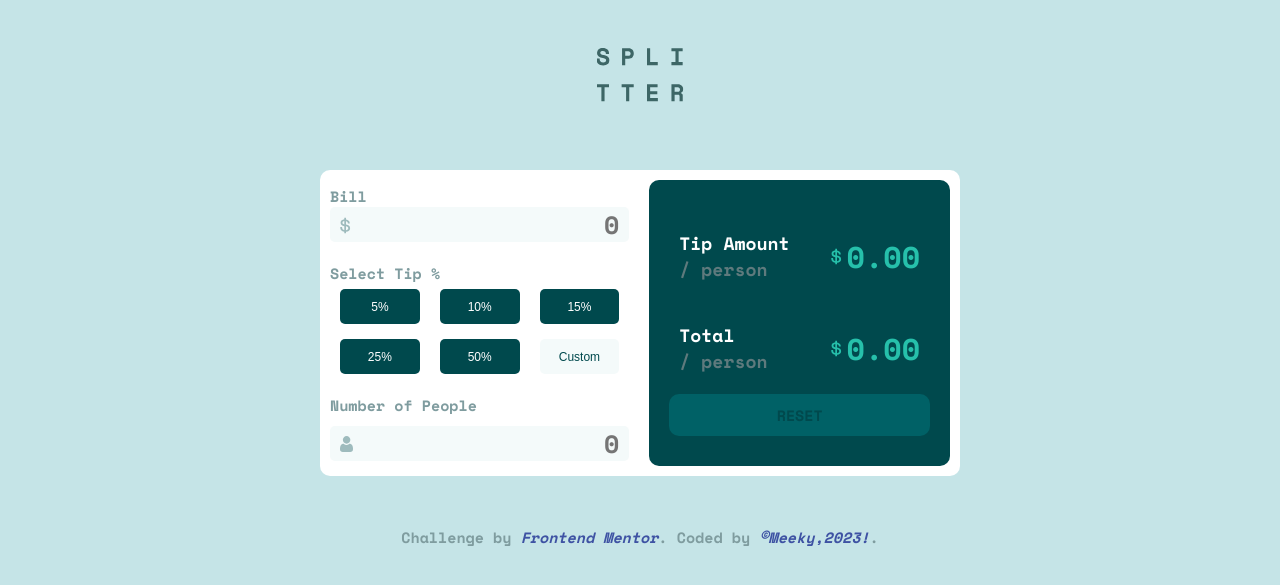
Repository: MeekyBerry/Frontend-Mentor-Challenges
Page: tip-calculator-app/index.html
The author's editor kept a copy of each file at every save. The page is drawn from the files as they stood at one save, then again after the next save.
The browser window is 1280 px wide. The pictures show the whole page.

Above is the page before, as saved 2023-04-07 20:26:45.

### tip-calculator-app/index.html
<!DOCTYPE html>
<html lang="en">

<head>
  <meta charset="UTF-8">
  <meta name="viewport" content="width=device-width, initial-scale=1.0">
  <link rel="icon" type="image/png" sizes="32x32" href="./css/images/favicon-32x32.png">
  <title> Tip calculator app</title>
  <link rel="stylesheet" href="./css/style.css">
  <script src="./script.js" defer></script>
</head>

<body>
  <div class="heading-logo">
    <img src="./css/images/logo.svg" alt="Logo" class="logo">
  </div>

  <form id="form" class="background">
    <div class="first-container">
      <div class="bill-container">
        <label for="bill">Bill</label>
        <input type="number" id="bill" placeholder="0" class="bill-input__img input-bar">
      </div>

      <div class="tip">
        <div class="tip--heading">Select Tip %</div>
        <div class="percent-container">
          <button type="button" class="percent five">5%</button>
          <button type="button" class="percent ten">10%</button>
          <button type="button" class="percent fiftheen">15%</button>
          <button type="button" class="percent twenty-five">25%</button>
          <button type="button" class="percent fifty">50%</button>
          <button type="button" class="percent custom" id="cst-btn">Custom</button>
        </div>
      </div <div>
      <div class="people-validate">
        <label for="number">Number of People</label>
        <span id="validate" class="people-zero">Can't be zero</span>
      </div>
      <div class="icon-box">
        <input type="number" id="people" class="people-input__img input-bar" placeholder="0">
      </div>
    </div>
    </div>

    <div class="second-container">
      <div class="amount">
        <p>Tip Amount <span class="person">/ person</span></p>
        <div class="digit">
          <svg xmlns="http://www.w3.org/2000/svg" width="11" height="17">
            <path fill="var(--Strong-cyan)"
              d="M6.016 16.328v-1.464c1.232-.08 2.22-.444 2.964-1.092.744-.648 1.116-1.508 1.116-2.58v-.144c0-.992-.348-1.772-1.044-2.34-.696-.568-1.708-.932-3.036-1.092V4.184c.56.144 1.012.4 1.356.768.344.368.516.816.516 1.344v.288h1.824v-.432c0-.448-.088-.876-.264-1.284a3.783 3.783 0 00-.744-1.116A4.251 4.251 0 007.54 2.9a5.324 5.324 0 00-1.524-.492V.872H4.288V2.36a5.532 5.532 0 00-1.416.324c-.448.168-.84.392-1.176.672-.336.28-.604.616-.804 1.008-.2.392-.3.844-.3 1.356v.144c0 .96.316 1.708.948 2.244.632.536 1.548.884 2.748 1.044v3.912c-.704-.16-1.248-.472-1.632-.936-.384-.464-.576-1.08-.576-1.848v-.288H.256v.576c0 .464.08.924.24 1.38.16.456.404.88.732 1.272.328.392.744.728 1.248 1.008s1.108.476 1.812.588v1.512h1.728zM4.288 7.424c-.688-.128-1.164-.332-1.428-.612-.264-.28-.396-.644-.396-1.092 0-.464.176-.832.528-1.104.352-.272.784-.448 1.296-.528v3.336zm1.728 5.712V9.344c.768.128 1.328.328 1.68.6.352.272.528.688.528 1.248 0 .544-.196.984-.588 1.32-.392.336-.932.544-1.62.624z" />
          </svg>
          <span id="tip-amount" class="amount-span">0.00</span>
        </div>
      </div>

      <div class="amount">
        <p>Total <span class="person">/ person</span></p>
        <div class="digit">
          <svg xmlns="http://www.w3.org/2000/svg" width="11" height="17">
            <path fill="var(--Strong-cyan)"
              d="M6.016 16.328v-1.464c1.232-.08 2.22-.444 2.964-1.092.744-.648 1.116-1.508 1.116-2.58v-.144c0-.992-.348-1.772-1.044-2.34-.696-.568-1.708-.932-3.036-1.092V4.184c.56.144 1.012.4 1.356.768.344.368.516.816.516 1.344v.288h1.824v-.432c0-.448-.088-.876-.264-1.284a3.783 3.783 0 00-.744-1.116A4.251 4.251 0 007.54 2.9a5.324 5.324 0 00-1.524-.492V.872H4.288V2.36a5.532 5.532 0 00-1.416.324c-.448.168-.84.392-1.176.672-.336.28-.604.616-.804 1.008-.2.392-.3.844-.3 1.356v.144c0 .96.316 1.708.948 2.244.632.536 1.548.884 2.748 1.044v3.912c-.704-.16-1.248-.472-1.632-.936-.384-.464-.576-1.08-.576-1.848v-.288H.256v.576c0 .464.08.924.24 1.38.16.456.404.88.732 1.272.328.392.744.728 1.248 1.008s1.108.476 1.812.588v1.512h1.728zM4.288 7.424c-.688-.128-1.164-.332-1.428-.612-.264-.28-.396-.644-.396-1.092 0-.464.176-.832.528-1.104.352-.272.784-.448 1.296-.528v3.336zm1.728 5.712V9.344c.768.128 1.328.328 1.68.6.352.272.528.688.528 1.248 0 .544-.196.984-.588 1.32-.392.336-.932.544-1.62.624z" />
          </svg>
          <span id="total-amount" class="amount-span">0.00</span>
        </div>
      </div>
      <div class="btn-wrapper">
        <button type="reset" id="reset" class="btn">Reset</button>
      </div>
    </div>
  </form>

  <div class="attribution">
    Challenge by <a href="https://www.frontendmentor.io?ref=challenge" target="_blank">Frontend Mentor</a>.
    Coded by <a href="https://www.linkedin.com/in/mikkylanky/" target="_blank">&copy;Meeky,2023!</a>.
  </div>
</body>

</html>

### tip-calculator-app/css/style.css
@import url("https://fonts.googleapis.com/css2?family=Space+Mono:wght@400;700&display=swap");

:root {
  /* ### Primary */
  --Strong-cyan: hsl(172, 67%, 45%);
  /* ### Neutral */
  --Very-dark-cyan: hsl(183, 100%, 15%);
  --Dark-grayish-cyan: hsl(186, 14%, 43%);
  --Grayish-cyan: hsl(184, 14%, 56%);
  --Light-grayish-cyan: hsl(185, 41%, 84%);
  --Very-light-grayish-cyan: hsl(189, 41%, 97%);
  --White: hsl(0, 0%, 100%);
  --dark-blue: hsl(228, 45%, 44%);
}

html {
  font-size: 50%;
}

*,
::before,
::after {
  margin: 0;
  padding: 0;
  box-sizing: border-box;
}

body {
  font-size: 1.8rem;
  font-family: "Space Mono", sans-serif;
  font-weight: 700;
  background-color: var(--Light-grayish-cyan);
  color: var(--Grayish-cyan);
  height: 100%;
  width: 100%;
}

.heading-logo {
  height: 15rem;
  width: 100%;
  position: relative;
}

.logo {
  position: absolute;
  top: 50%;
  left: 50%;
  transform: translate(-50%, -50%);
}

.background {
  display: flex;
  flex-direction: column;
  justify-content: space-around;
  gap: 1rem;
  background-color: var(--White);
  height: 100%;
  width: 60%;
  border-radius: 1rem;
  padding: 1rem;
  margin: 2rem auto;
  -webkit-border-radius: 1rem;
  -moz-border-radius: 1rem;
  -ms-border-radius: 1rem;
  -o-border-radius: 1rem;
}

.people-validate {
  display: flex;
  justify-content: space-between;
  align-items: center;
}

.people-zero {
  color: red;
  font-size: 1.5rem;
  font-weight: 400;
  display: none;
}

label {
  display: block;
  font-size: 1.5rem;
}

.input-bar {
  display: flex;
  justify-content: space-between;
  align-items: center;
  width: 100%;
  height: 3.5rem;
  border: none;
  border-radius: .5rem;
  font-size: 2.5rem;
  font-family: "Space Mono", sans-serif;
  font-weight: 700;
  text-align: end;
  padding: 0 1rem 0 3rem;
}

.input-bar:focus {
  outline-color: var(--Strong-cyan);
}

.bill-input__img {
  background: url(../css/images/icon-dollar.svg) no-repeat var(--Very-light-grayish-cyan) 1rem 1rem;
  padding: 0 1rem 0 3rem;
}

.people-input__img {
  background: url(../css/images/icon-person.svg) no-repeat var(--Very-light-grayish-cyan) 1rem 1rem;
  padding: 0 1rem 0 3rem;
}

/* Remove Arrows/Spinners ON INPUT */
input::-webkit-outer-spin-button,
input::-webkit-inner-spin-button {
  -webkit-appearance: none;
}

/* Firefox */
input[type="number"] {
  -moz-appearance: textfield;
}

.tip {
  padding: 1rem 0;
}

.tip--heading {
  font-size: 1.5rem;
  margin-bottom: .5rem;
}

.percent-container {
  display: grid;
  grid-template-columns: repeat(2, 1fr);
  grid-template-rows: repeat(3, 1fr);
  grid-template-areas:
    "five ten"
    "fiftheen twentyFive"
    "fifty custom";
    place-items: center;
  gap: 1.5rem 0;
}

.percent {
  background-color: var(--Very-dark-cyan);
  color: var(--White);
  text-align: center;
  border: none;
  font-size: 1.2rem;
  width: 80%;
  height: 3.5rem;
  border-radius: .5rem;
  -webkit-border-radius: .5rem;
  -moz-border-radius: .5rem;
  -ms-border-radius: .5rem;
  -o-border-radius: .5rem;
}

.percent:active {
  background-color: var(--Light-grayish-cyan);
  color: var(--Very-dark-cyan);
  font-weight: 700;
}

.five {
  grid-area: five;
}

.ten {
  grid-area: ten;
}

.fiftheen {
  grid-area: fiftheen;
}

.twenty-five {
  grid-area: twentyFive;
}

.fifty {
  grid-area: fifty;
}

.custom {
  grid-area: custom;
  background-color: var(--Very-light-grayish-cyan);
  color: var(--Very-dark-cyan);
}

.custom-input {
  background-color: var(--Very-light-grayish-cyan);
  color: var(--Very-dark-cyan);
  border: none;
  border-radius: 1rem;
  padding: 0 1rem;
  font-size: 1.5rem;
  font-weight: 700;
  text-align: end;
  width: 100%;
  height: 100%;
}

.custom-input:focus {
  outline-color: var(--Strong-cyan);
}

.second-container {
  background-color: var(--Very-dark-cyan);
  border-radius: 1rem;
  padding: 3rem 2rem;
}

.amount {
  display: flex;
  justify-content: space-between;
  padding: 2rem 1rem;
}

p {
  color: var(--White);
}

.person {
  display: block;
  font-size: 1.8rem;
  color: var(--Dark-grayish-cyan);
}

.digit {
  display: flex;
  align-items: center;
  justify-content: center;
  gap: .5rem;
}

.amount-span {
  font-size: 3rem;
  color: var(--Strong-cyan);
}

.btn {
  width: 100%;
  padding: 1rem;
  background-color: hsl(183, 100%, 20%);
  color: var(--Very-dark-cyan);
  border: none;
  border-radius: 1rem;
  text-transform: uppercase;
  font-size: 1.5rem;
  font-weight: 700;
  font-family: "Space Mono", sans-serif;
  -webkit-border-radius: 1rem;
  -moz-border-radius: 1rem;
  -ms-border-radius: 1rem;
  -o-border-radius: 1rem;
}

.attribution {
  font-size: 1.5rem;
  text-align: center;
  margin-top: 5rem;
}

.attribution a {
  color: var(--dark-blue);
  text-decoration: none;
  font-style: italic;
}

@media only screen and (min-width: 600px) {
  html {
    font-size: 56.25%
  }

  .background {
    width: 40%;
  }
}

@media only screen and (min-width: 900px) {
  html {
    font-size: 62.5%;
  }

  .background {
    width: 50%;
    height: 50%;
    margin: 2rem auto;
    flex-direction: row;
    gap: 2rem;
    padding: 1rem;
  }

  .first-container {
    display: flex;
    flex-direction: column;
    justify-content: space-around;
    flex-basis: 50%;
  }

  .percent-container {
    grid-template-columns: repeat(3, 1fr);
    grid-template-rows: repeat(2, 1fr);
    grid-template-areas:
      "five ten fiftheen"
      "twentyFive fifty custom";
  }

  .second-container {
    display: flex;
    flex-direction: column;
    flex-basis: 50%;
  }

  .btn-wrapper {
    margin-top: auto;
  }
}

### tip-calculator-app/script.js
// 1. Get the bill amount from the input field
const billInput = document.getElementById("bill");
// 2. Get the tip percentage from the Button array
const tipButtons = document.querySelectorAll(".percent");
// 2.1. The percentage array contains a Custom button which toggles to input field when clicked
const customButton = document.querySelector(".custom");
// 2.2. Get the custom percentage from the input field
const customInput = document.createElement("input");
// Add style class to created customInput element
// customInput.classList.add('custom-input');
// 3. Get the number of people from the input field
const peopleInput = document.getElementById("people");
// 4. Calculate the tip amount per person;
const tipAmountSpan = document.getElementById("tip-amount");
// 5. Calculate the total cost per person
const totalAmountSpan = document.getElementById("total-amount");
// 6. Display the tip amount per person
const resetButton = document.getElementById("reset");
const validatePeople = document.getElementById("validate");

let bill = 0;
let tipPercentage = 0;
let customPercentage = 0;
let people = 0;

let inputPeople = false;
let error = true;

// calculate tip and total amount
const calculateTip = () => {
  if (people > 0) {
    inputPeople = true;
    let tip = (bill * (tipPercentage + customPercentage)) / 100;
    let total = bill + tip;
    let tipPerPerson = tip / people;
    let totalPerPerson = total / people;
    tipAmountSpan.textContent = `${tipPerPerson.toFixed(2)}`;
    totalAmountSpan.textContent = `${totalPerPerson.toFixed(2)}`;
  }
};

// add event listener for bill input
billInput.addEventListener("input", () => {
  bill = Number(billInput.value);
  calculateTip();
  disableReset();
});

// add event listener for people input
peopleInput.addEventListener("input", () => {
  if (peopleInput.value === "0") {
    validatePeople.style.display = "block";
    peopleInput.style.outlineColor = "red";
  } else {
    validatePeople.style.display = "none";
    peopleInput.style.outlineColor = "hsl(172, 67%, 45%)";
    people = Number(peopleInput.value);
    calculateTip();
    disableReset();
  }
});

// add event listeners for tip buttons
tipButtons.forEach((button) => {
  button.addEventListener("click", () => {
    if (button.classList.contains("custom")) {
      customInput.type = "number";
      customInput.value = "";
      customInput.classList.add("custom-input");
      if (button.parentNode) {
        button.parentNode.replaceChild(customInput, button);
        customInput.focus();
      }
    } else {
      tipPercentage = Number(button.textContent.replace("%", ""));
      calculateTip();
    }
  });
});

// add event listener for custom input
customInput.addEventListener("input", () => {
  customPercentage = Number(customInput.value);
  calculateTip();
});

// add event listener for reset button
resetButton.addEventListener("click", () => {
  billInput.value = "";
  peopleInput.value = "";
  tipAmountSpan.textContent = "0.00";
  totalAmountSpan.textContent = "0.00";
  bill = 0;
  tipPercentage = 0;
  customPercentage = 0;
  people = 0;
  if (customInput.parentNode) {
    customInput.parentNode.replaceChild(customButton, customInput);
  }
  resetButton.disabled = true;
  disableReset();
  validatePeople.style.display = "none";
});

// disable reset button
const disableReset = () => {
  if (billInput.value.trim() === "" && peopleInput.value.trim() === "") {
    resetButton.disabled = true;
    resetButton.style.backgroundColor = "hsl(183, 100%, 25%)";
  } else {
    resetButton.disabled = false;
    resetButton.style.backgroundColor = "hsl(172, 67%, 45%)";
  }
};

// add event listeners for reset button for the active state
resetButton.addEventListener("mousedown", () => {
  resetButton.style.backgroundColor = "hsl(185, 41%, 84%)";
});

resetButton.addEventListener("mouseup", () => {
  resetButton.style.backgroundColor = "hsl(183, 100%, 25%)";
});

After the next save:
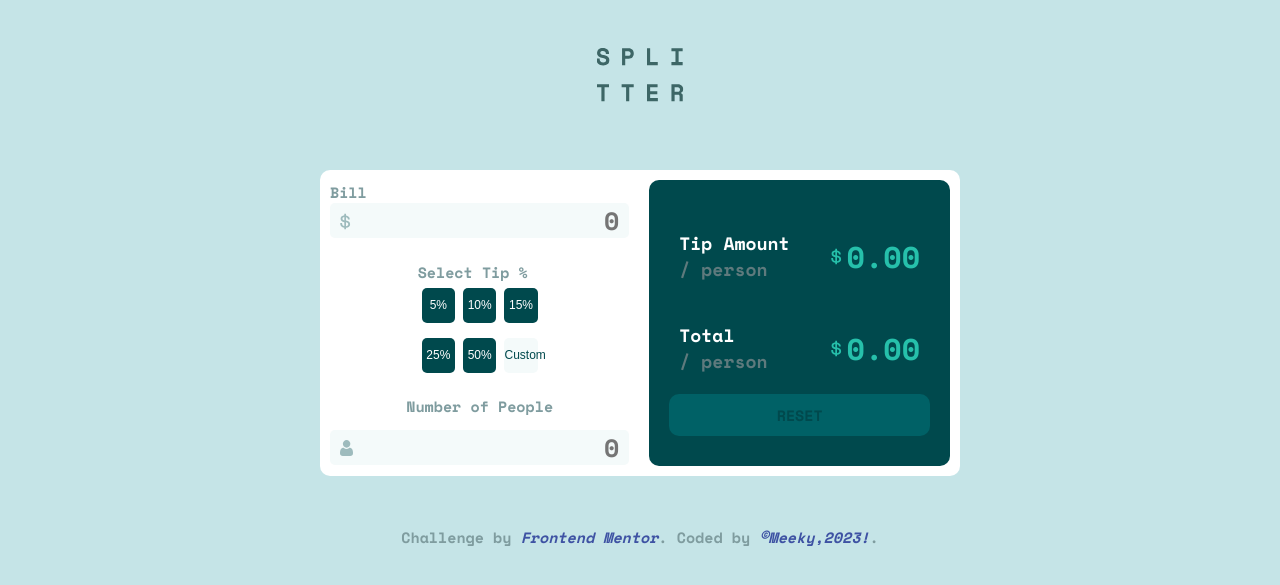
Saved 54 s later.
--- a/tip-calculator-app/css/style.css
+++ b/tip-calculator-app/css/style.css
@@ -65,6 +65,13 @@
   -o-border-radius: 1rem;
 }
 
+.first-container {
+  display: flex;
+  justify-content: space-between;
+  align-items: center;
+  gap: 1rem;
+}
+
 .people-validate {
   display: flex;
   justify-content: space-between;

After the save that followed:
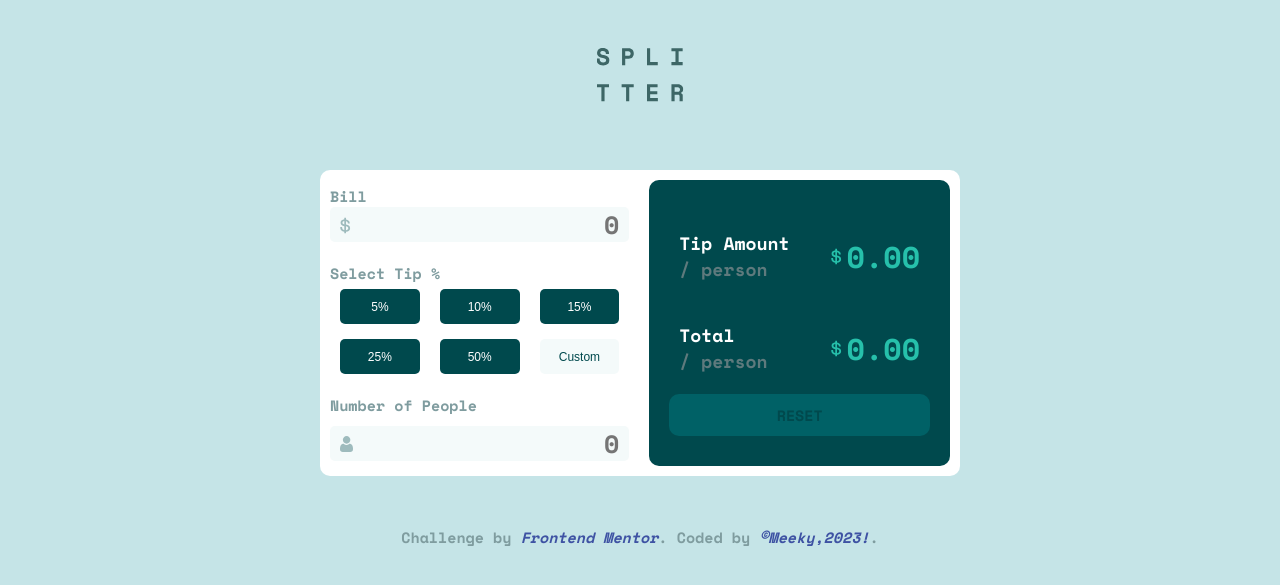
Saved 15 s later.
--- a/tip-calculator-app/css/style.css
+++ b/tip-calculator-app/css/style.css
@@ -66,10 +66,7 @@
 }
 
 .first-container {
-  display: flex;
-  justify-content: space-between;
-  align-items: center;
-  gap: 1rem;
+  width: 100%;
 }
 
 .people-validate {
